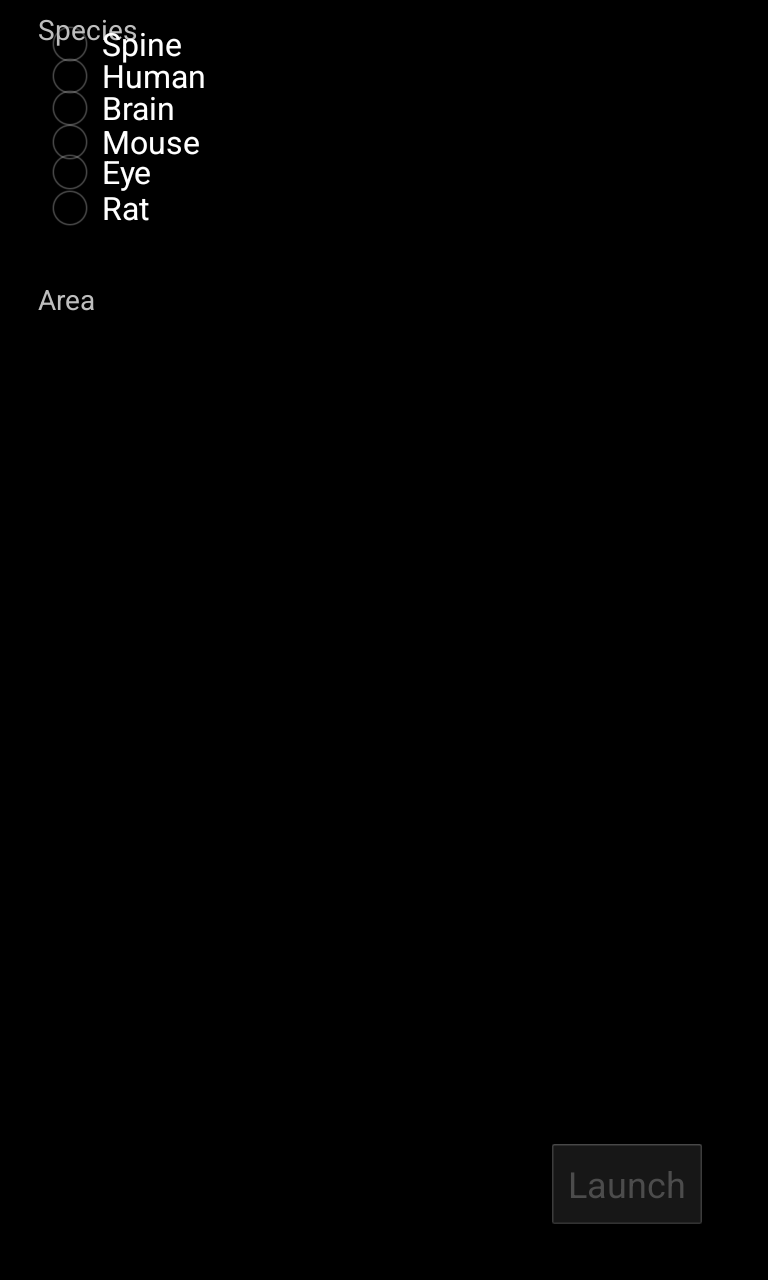
Repository: Ekarg/CSCE315Project3
Layout: Project3/res/layout/activity_main.xml
The author's editor kept a copy of each file at every save. The layout is drawn from the files as they stood at one save, then again after the next save.
It is drawn on a 768 x 1280 px phone screen (xhdpi) without system bars, with theme android:Theme.Holo; the app's code is not run.

Above is the layout before, as saved 2013-11-27 20:17:06.

### Project3/res/layout/activity_main.xml
<RelativeLayout xmlns:android="http://schemas.android.com/apk/res/android"
    xmlns:tools="http://schemas.android.com/tools"
    android:layout_width="match_parent"
    android:layout_height="match_parent"
    android:paddingBottom="5dp"
    android:paddingLeft="5dp"
    android:paddingRight="5dp"
    android:paddingTop="5dp"
    tools:context=".MainActivity" >

    <Button
        android:id="@+id/button1"
        android:layout_width="wrap_content"
        android:layout_height="wrap_content"
        android:layout_alignParentBottom="true"
        android:layout_alignParentRight="true"
        android:layout_marginBottom="19dp"
        android:layout_marginRight="24dp"
        android:enabled = "false"
		android:onClick="launch"
        android:text="@string/Button" />

    <TextView
        android:id="@+id/textView1"
        android:layout_width="wrap_content"
        android:layout_height="wrap_content"
        android:layout_marginLeft="14dp"
        android:layout_alignParentTop="true"
        android:text="@string/species" />

   <RadioGroup
        android:id="@+id/radioGroup1"
        android:layout_width="fill_parent"
        android:layout_height="wrap_content"
        android:layout_alignParentTop="true"
        android:layout_centerHorizontal="true"
        android:orientation="vertical" >

        <RadioButton
            android:id="@+id/radioButton1"
            android:layout_width="wrap_content"
            android:layout_height="wrap_content"
            android:layout_marginLeft="14dp"
            android:checked = "false"
            android:layout_marginTop="17dp"
            android:text="@string/human"
            android:onClick="onRadioButtonClicked"/>

        <RadioButton
            android:id="@+id/radioButton2"
            android:layout_width="wrap_content"
            android:layout_height="wrap_content"
            android:layout_marginLeft="14dp"
            android:checked = "false"
            android:layout_marginTop="1dp"
            android:text="@string/mouse"
            android:onClick="onRadioButtonClicked"/>

        <RadioButton
            android:id="@+id/radioButton3"
            android:layout_width="wrap_content"
            android:layout_height="wrap_content"
            android:layout_marginLeft="14dp"
            android:checked = "false"
            android:layout_marginTop="1dp"
            android:text="@string/rat"
            android:onClick="onRadioButtonClicked"/>
    </RadioGroup>

    <TextView
        android:id="@+id/textView2"
        android:layout_width="wrap_content"
        android:layout_height="wrap_content"
        android:layout_alignLeft="@+id/textView1"
        android:layout_below="@+id/radioGroup1"
        android:layout_marginTop="20dp"
        android:text="@string/area"
        android:onClick="onRadioButtonClicked" />

     <RadioGroup
        android:id="@+id/radioGroup2"
        android:layout_width="fill_parent"
        android:layout_height="wrap_content"
        android:layout_alignParentTop="true"
        android:layout_centerHorizontal="true"
        android:orientation="vertical" >

	    <RadioButton
	        android:id="@+id/radioButton4"
	        android:layout_width="wrap_content"
            android:layout_height="wrap_content"
            android:layout_marginLeft="14dp"
            android:checked = "false"
            android:layout_marginTop="1dp"
	        android:onClick="onRadioButtonClicked"
	        android:text="@string/spine" />

	    <RadioButton
	        android:id="@+id/radioButton5"
	        android:layout_width="wrap_content"
	        android:layout_height="wrap_content"
	        android:layout_marginLeft="14dp"

	        android:checked="false"
	        android:onClick="onRadioButtonClicked"
	        android:text="@string/brain" />

	     <RadioButton
         android:id="@+id/radioButton6"
         android:layout_width="wrap_content"
         android:layout_height="wrap_content"
         android:checked = "false"
         android:layout_marginLeft="14dp"

         android:text="@string/eye"
         android:onClick="onRadioButtonClicked" />
	</RadioGroup>



</RelativeLayout>

### Project3/res/values/strings.xml
<?xml version="1.0" encoding="utf-8"?>
<resources>

    <string name="app_name">Show Me the.... Neuron!</string>
    <string name="action_settings">Settings</string>
    <string name="hello_world">Hello world!</string>
    <string name="Button">Launch</string>
    <string name="title_activity_second">Neuron Display</string>
    <string name="species">Species</string>
    <string name="human">Human</string>
    <string name="mouse">Mouse</string>
    <string name="rat">Rat</string>
    <string name="area">Area</string>
    <string name="eye">Eye</string>
    <string name="brain">Brain</string>
    <string name="spine">Spine</string>


</resources>

After the next save:
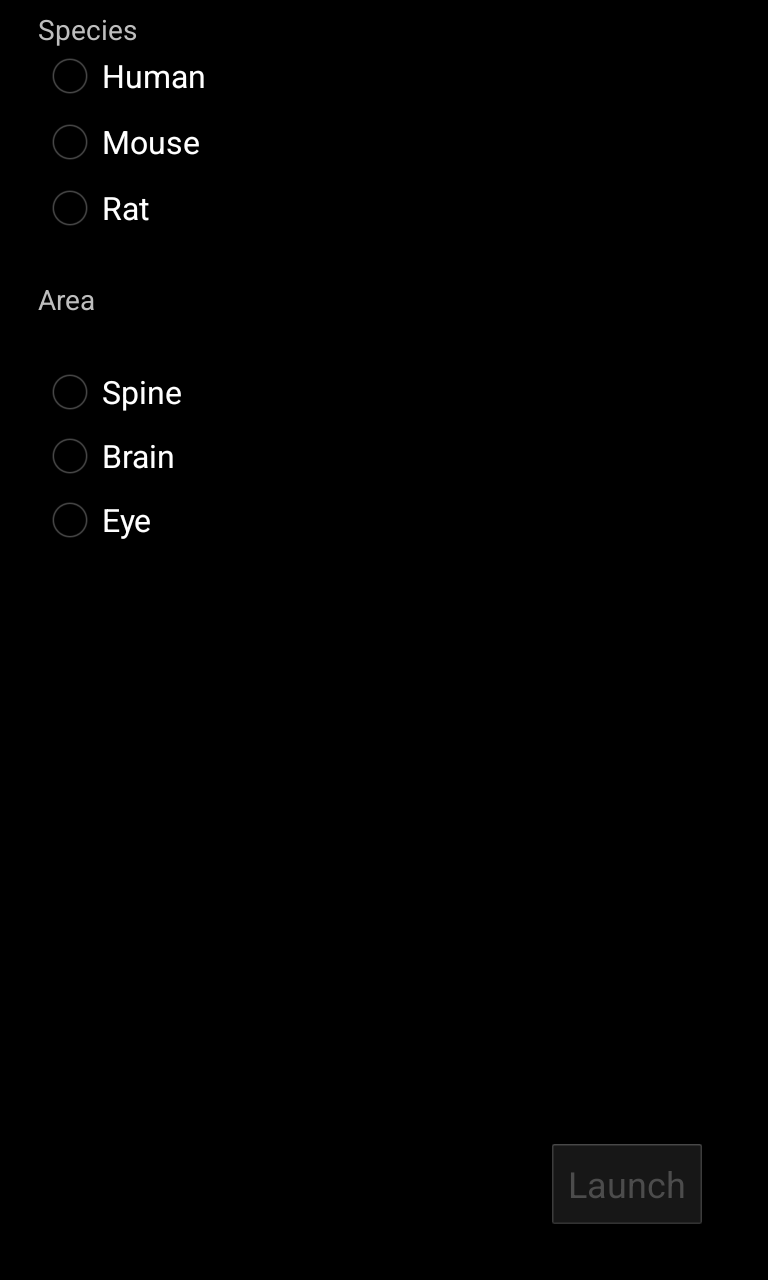
Saved 8 s later.
--- a/Project3/res/layout/activity_main.xml
+++ b/Project3/res/layout/activity_main.xml
@@ -91,7 +91,7 @@
             android:layout_height="wrap_content"
             android:layout_marginLeft="14dp"
             android:checked = "false"
-            android:layout_marginTop="1dp"
+            android:layout_marginTop="175dp"
 	        android:onClick="onRadioButtonClicked"
 	        android:text="@string/spine" />
 
